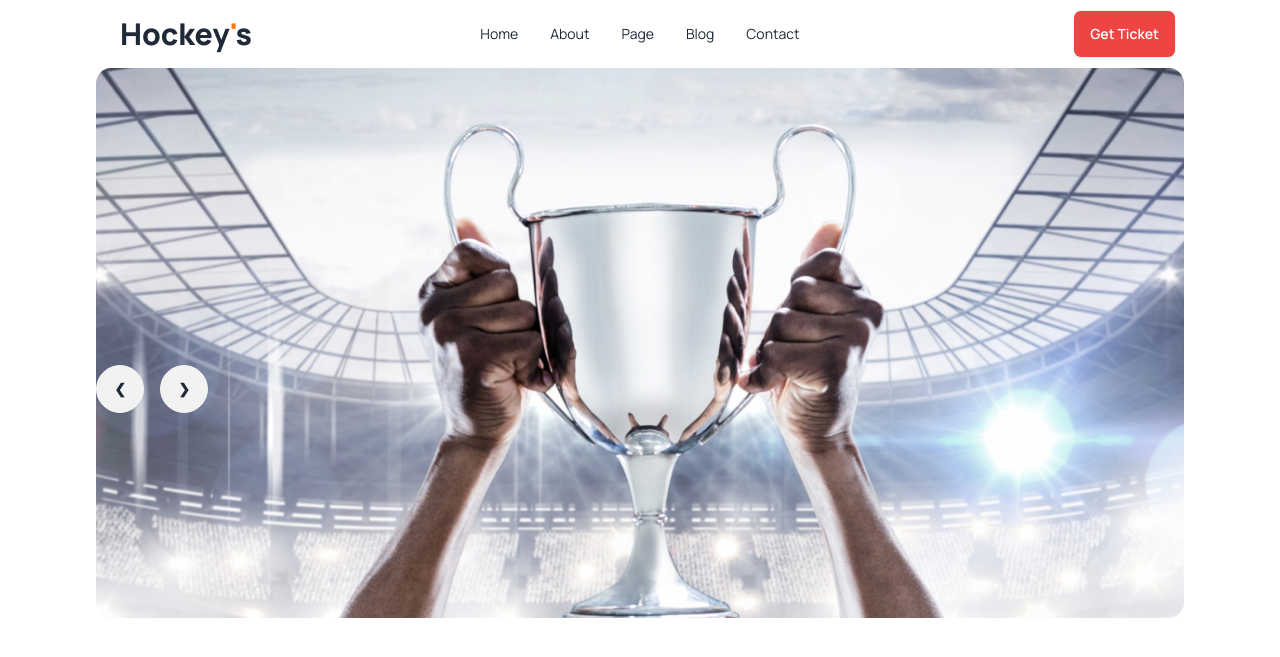
Repository: RudrasahaDibos/Hockey-
Page: index.html
The author's editor kept a copy of each file at every save. The page is drawn from the files as they stood at one save, then again after the next save.
The browser window is 1280 px wide. The pictures show the whole page.
Some web libraries are served in a nearby version.

Above is the page before, as saved 2024-10-23 19:03:43.

### index.html
<!DOCTYPE html>
<html lang="en">
<head>
    <meta charset="UTF-8">
    <meta name="viewport" content="width=device-width, initial-scale=1.0">
    <title>Hockeys</title>
    <!-- Tailwinds css -->
    <link href="https://cdn.jsdelivr.net/npm/daisyui@4.12.13/dist/full.min.css" rel="stylesheet" type="text/css" />
    <script src="https://cdn.tailwindcss.com"></script>
    <!-- Font asome -->
    <link rel="stylesheet" href="https://cdnjs.cloudflare.com/ajax/libs/font-awesome/6.6.0/css/all.min.css" integrity="sha512-Kc323vGBEqzTmouAECnVceyQqyqdsSiqLQISBL29aUW4U/M7pSPA/gEUZQqv1cwx4OnYxTxve5UMg5GT6L4JJg==" crossorigin="anonymous" referrerpolicy="no-referrer" />
   <!-- tailwind custom css -->
   <script>
    tailwind.config = {
      theme: {
        extend: {
          colors: {
            clifford: '#da373d',
          }
        }
      }
    }
  </script>
  <!-- google Font  -->
  <link rel="preconnect" href="https://fonts.googleapis.com">
  <link rel="preconnect" href="https://fonts.gstatic.com" crossorigin>
  <link href="https://fonts.googleapis.com/css2?family=Manrope:wght@200..800&display=swap" rel="stylesheet">

  <style>
.manrope {
  font-family: "Manrope", serif;
}
  </style>

</head>
<body class="manrope">
    <!-- header section start here -->
       <header class="container mx-auto lg:px-24 px-8">
                 <!-- navber start here -->
                     <nav>
                        <div class="navbar bg-base-100">
                            <div class="navbar-start">
                              <div class="dropdown">
                                <div tabindex="0" role="button" class="  lg:hidden">
                                  <svg
                                    xmlns="http://www.w3.org/2000/svg"
                                    class="h-5 w-5"
                                    fill="none"
                                    viewBox="0 0 24 24"
                                    stroke="currentColor">
                                    <path
                                      stroke-linecap="round"
                                      stroke-linejoin="round"
                                      stroke-width="2"
                                      d="M4 6h16M4 12h8m-8 6h16" />
                                  </svg>
                                </div>
                                <ul
                                  tabindex="0"
                                  class="menu menu-sm dropdown-content bg-base-100 rounded-box z-[1] mt-3 w-52 p-2 shadow">

                                    <li><a>Home</a></li>
                                    <li><a>About</a></li>
                                    <li><a>Page</a></li>
                                    <li><a>Blog</a></li>
                                    <li><a>Contact</a></li>

                                </ul>
                              </div>

                              <a class=" ml-4 text-3xl font-extrabold ">Hockey<span class="text-orange-500">'</span>s</a>

                            </div>
                            <div class="navbar-center hidden lg:flex">
                              <ul class="menu menu-horizontal px-1">
                                <li><a>Home</a></li>
                                <li><a>About</a></li>
                                <li><a>Page</a></li>
                                <li><a>Blog</a></li>
                                <li><a>Contact</a></li>
                              </ul>
                            </div>
                            <div class="navbar-end  lg:ml-0 ml-20">

                              <a class="btn bg-red-500 text-white  ">Get Ticket</a>
                            </div>
                          </div>
                     </nav>
                 <!-- navber end here -->

                  <!-- banner start here -->
                     <div>
                      <div class="carousel w-full">
                        <div id="slide1" class="carousel-item relative w-full ">
                          <img
                            src="Images/1.png"
                            class="w-full lg:h-[550px] " />
                          <div class="absolute left-0 right-0 top-1/2 flex -translate-y-1/2 transform gap-4">
                            <a href="#slide4" class="btn btn-circle">❮</a>
                            <a href="#slide2" class="btn btn-circle">❯</a>
                          </div>
                        </div>
                        <div id="slide2" class="carousel-item relative w-full">
                          <img
                            src="Images/2.png"
                            class="w-full" />
                          <div class="absolute left-5 right-5 top-1/2 flex -translate-y-1/2 transform justify-between">
                            <a href="#slide1" class="btn btn-circle">❮</a>
                            <a href="#slide3" class="btn btn-circle">❯</a>
                          </div>
                        </div>
                        <div id="slide3" class="carousel-item relative w-full">
                          <img
                            src="Images/3.png"
                            class="w-full" />
                          <div class="absolute left-5 right-5 top-1/2 flex -translate-y-1/2 transform justify-between">
                            <a href="#slide2" class="btn btn-circle">❮</a>
                            <a href="#slide4" class="btn btn-circle">❯</a>
                          </div>
                        </div>
                        <div id="slide4" class="carousel-item relative w-full">
                          <img
                            src="Images/4.png"
                            class="w-full" />
                          <div class="absolute left-5 right-5 top-1/2 flex -translate-y-1/2 transform justify-between">
                            <a href="#slide3" class="btn btn-circle">❮</a>
                            <a href="#slide1" class="btn btn-circle">❯</a>
                          </div>
                        </div>
                      </div>



                     </div>


                   <!-- banner end here -->
       </header>
       <!-- Header section End here -->

       <!-- Main secetion start here  -->
        <main>

        </main>
        <!-- main section end here -->

</body>
</html>

After the next save:
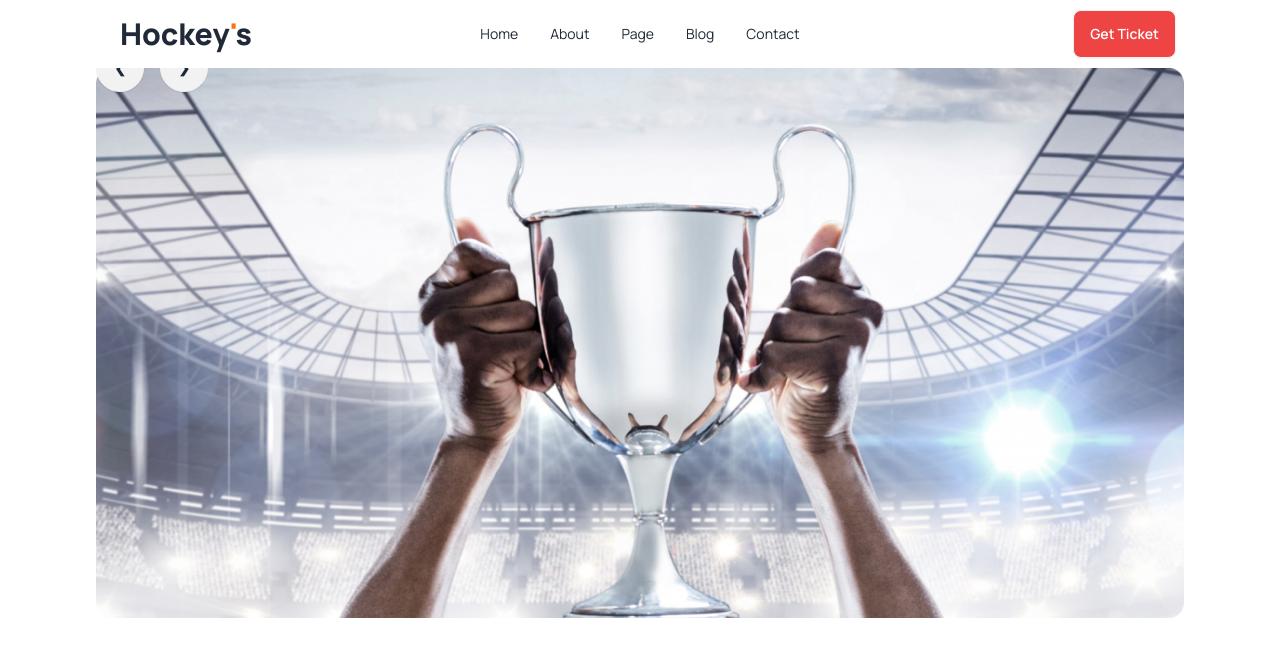
Saved 4 s later.
--- a/index.html
+++ b/index.html
@@ -95,7 +95,7 @@
                           <img
                             src="Images/1.png"
                             class="w-full lg:h-[550px] " />
-                          <div class="absolute left-0 right-0 top-1/2 flex -translate-y-1/2 transform gap-4">
+                          <div class="absolute left-0 right-0 top-0 flex -translate-y-1/2 transform gap-4">
                             <a href="#slide4" class="btn btn-circle">❮</a>
                             <a href="#slide2" class="btn btn-circle">❯</a>
                           </div>
